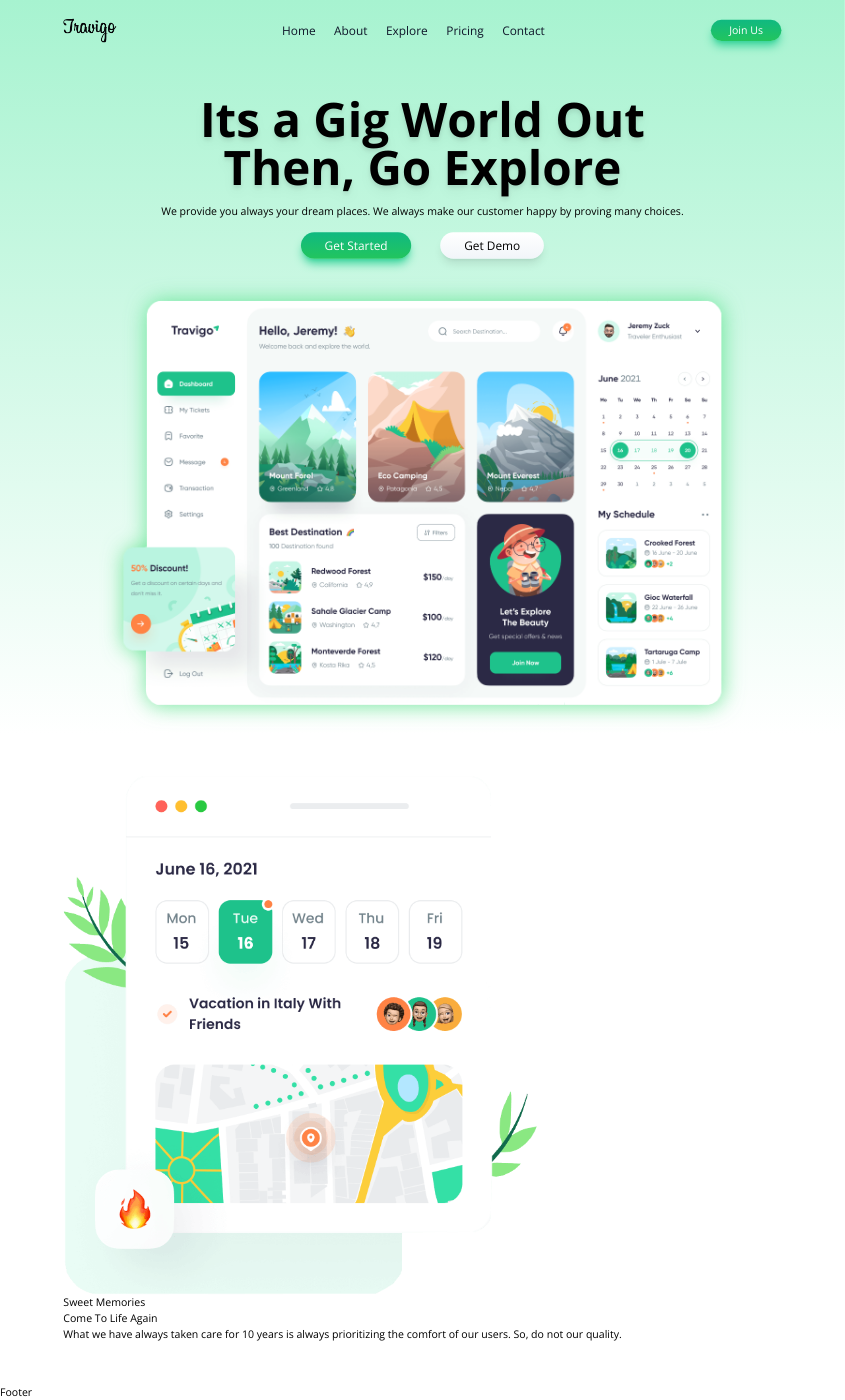
Repository: ThiAlbani83/travigo-travel-app
Page: /
An editor plug-in stored every save of this project. The page is shown before and after the next save, followed by the edit.
The browser window is 1280 px wide. The pictures show the whole page, at 66% of full size.
The project was rebuilt for these pictures with package versions that can differ from the ones it lists, and the page was loaded fresh each time. Also part of the build but not shown: vite.config.js.

Above is the page before, as saved 2023-03-21 00:24:39.

After the next save:
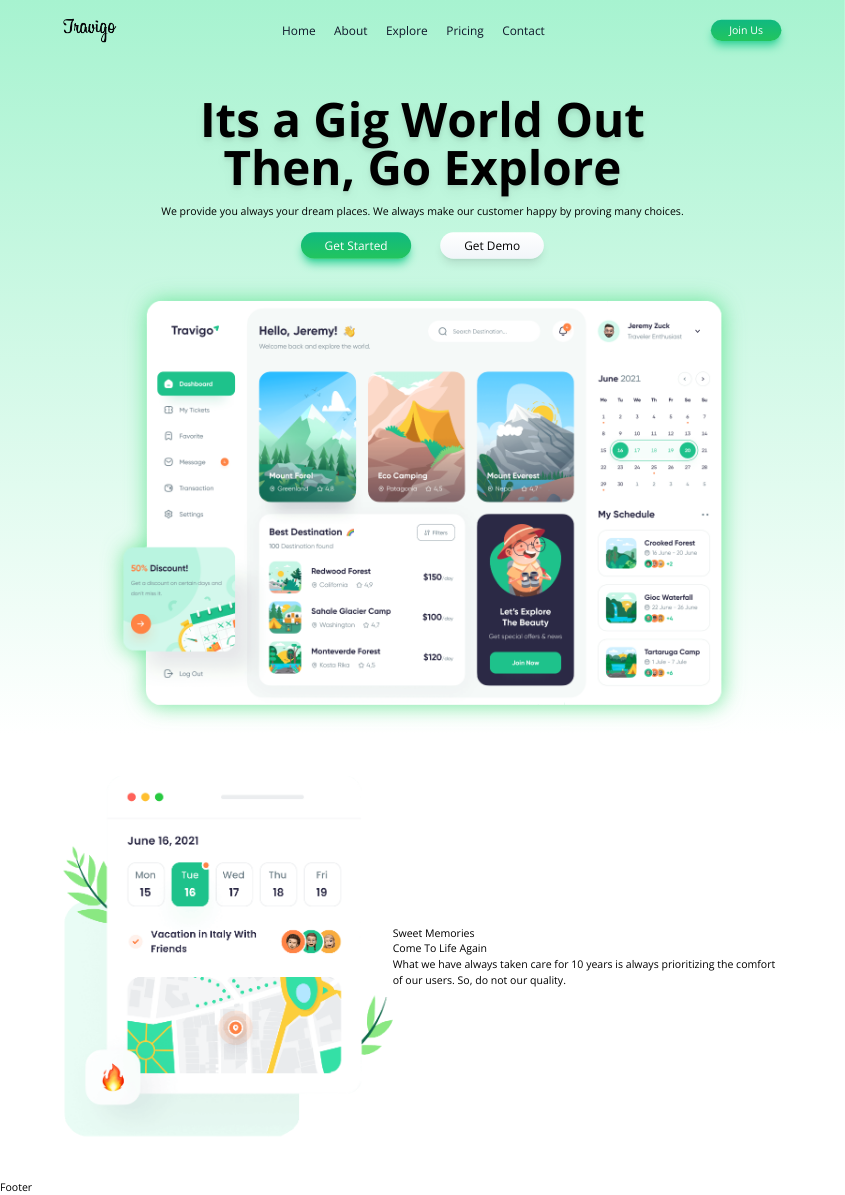
Saved 24 s later.
--- a/src/components/Memory.jsx
+++ b/src/components/Memory.jsx
@@ -4,7 +4,7 @@
   return (
     <>
         <div className='relative my-16 md:mb-7'>
-            <div className='travigo-container'>
+            <div className='travigo-container flex items-center'>
                 <div className=''>
                     <img src={img} alt="memory/img" className='' />
                 </div>
